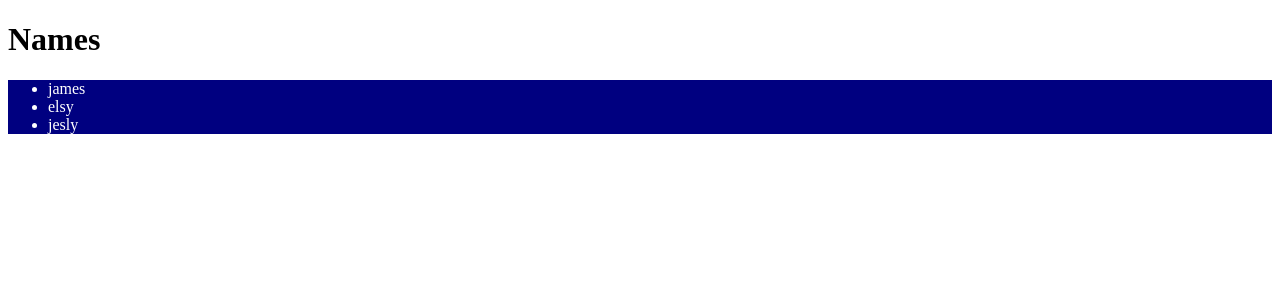
Repository: Sahanaranjith/php_projectgh
Page: http://localhost/names.php
An editor plug-in stored every save of this project. The page is shown before and after the next save, followed by the edit.
The browser window is 1280 px wide. The pictures show the whole page.
The page is run by PHP 8.4 with error messages shown; the project is at /var/www/html/.

Above is the page before, as saved 2022-12-14 12:57:12.

After the next save:
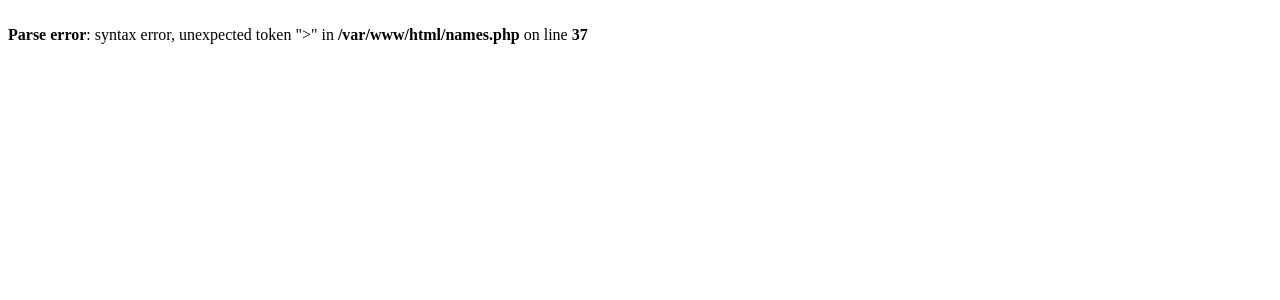
Saved 18 s later.
--- a/names.php
+++ b/names.php
@@ -34,7 +34,7 @@
 </body>
 </html>
 
-<?php
+<!-- <?php  -->
 
 
 
